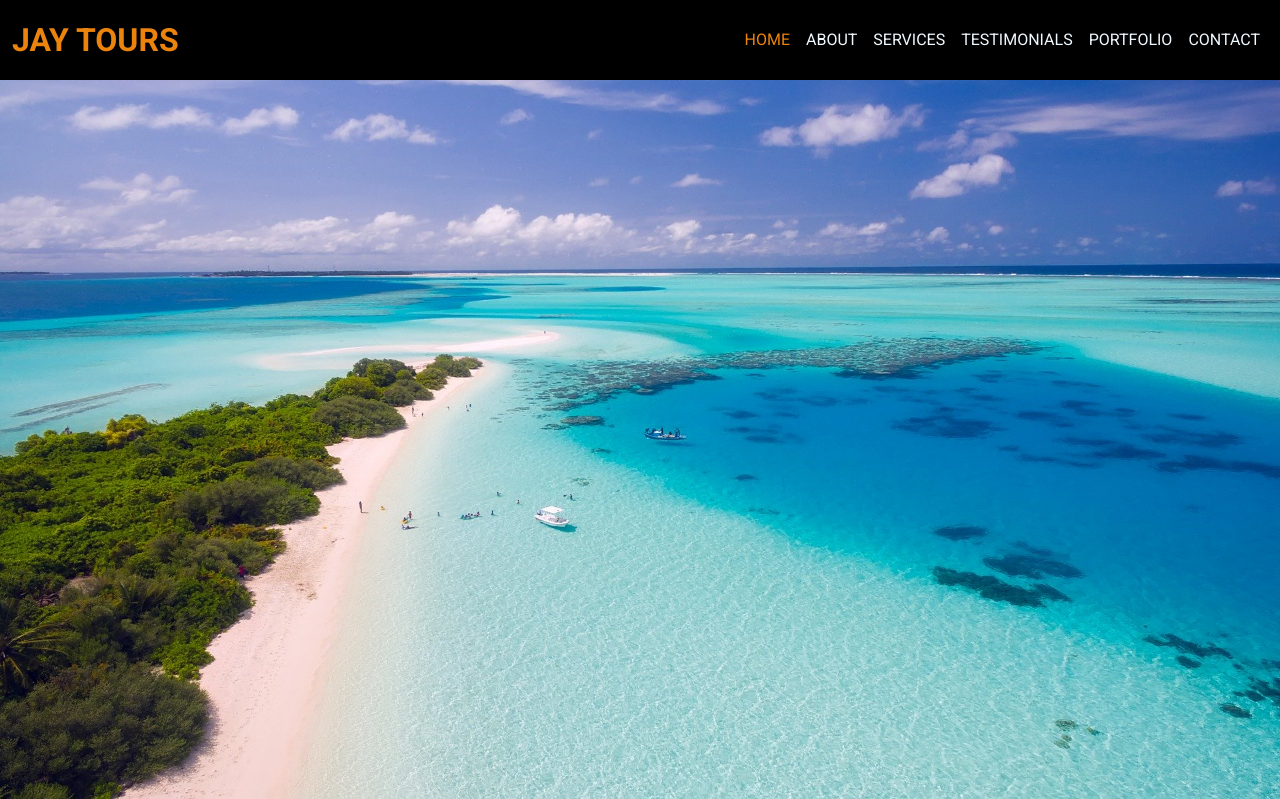
Repository: kasundiudn/Jay-Travel
Page: index.html
These files come from the project's save history. The page is drawn as it stood at one moment and after the next save; the edit follows.
The browser window is 1280 px wide. The pictures show the whole page.

Above is the page before, as saved 2025-06-26 09:37:51.

After the next save:
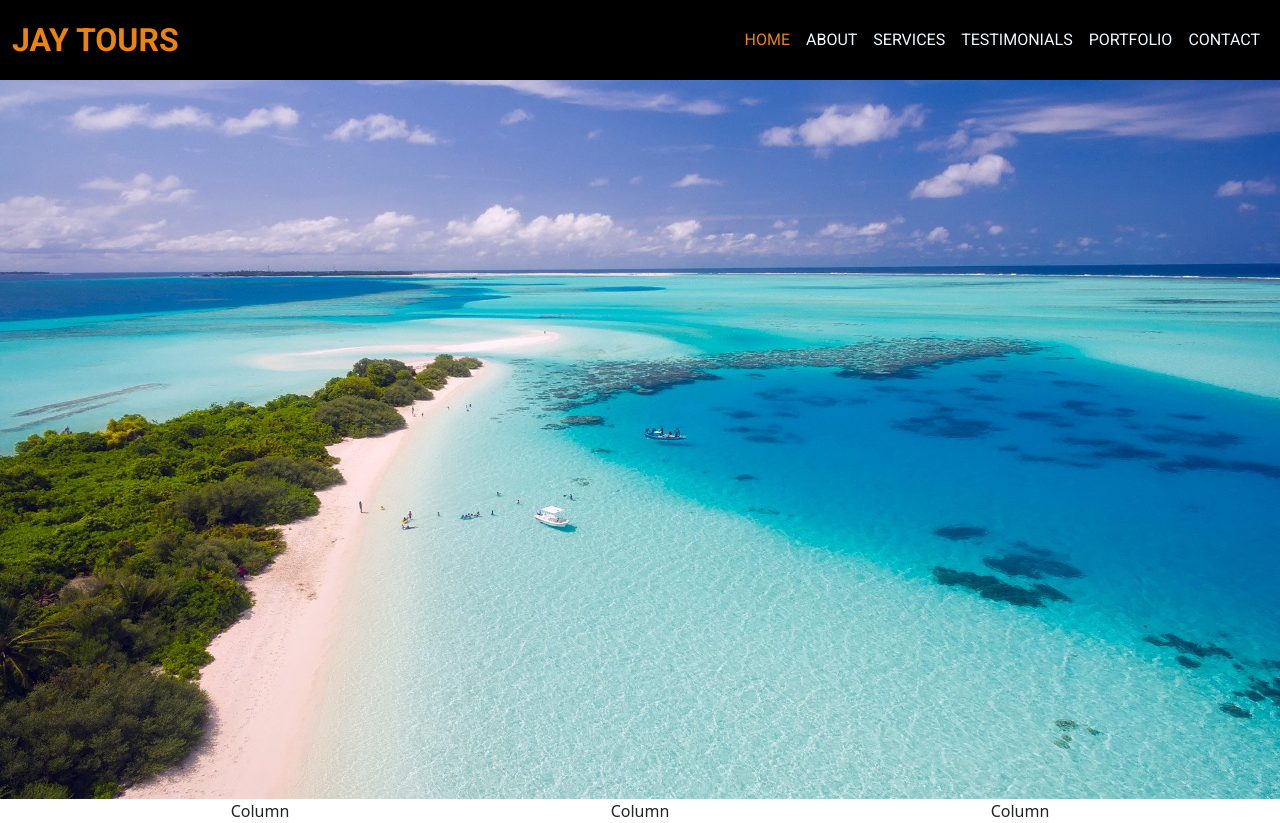
Saved 106 s later.
--- a/index.html
+++ b/index.html
@@ -51,7 +51,19 @@
 </header>
 <img src="main.jpg" alt="Beach image" style="width: 100%; height: auto;">
 
-
+<div class="container text-center">
+  <div class="row">
+    <div class="col">
+      Column
+    </div>
+    <div class="col">
+      Column
+    </div>
+    <div class="col">
+      Column
+    </div>
+  </div>
+</div>
 
     <script src="https://cdn.jsdelivr.net/npm/@popperjs/core@2.11.8/dist/umd/popper.min.js" integrity="sha384-I7E8VVD/ismYTF4hNIPjVp/Zjvgyol6VFvRkX/vR+Vc4jQkC+hVqc2pM8ODewa9r" crossorigin="anonymous"></script>
 <script src="https://cdn.jsdelivr.net/npm/bootstrap@5.3.7/dist/js/bootstrap.min.js" integrity="sha384-7qAoOXltbVP82dhxHAUje59V5r2YsVfBafyUDxEdApLPmcdhBPg1DKg1ERo0BZlK" crossorigin="anonymous"></script>
